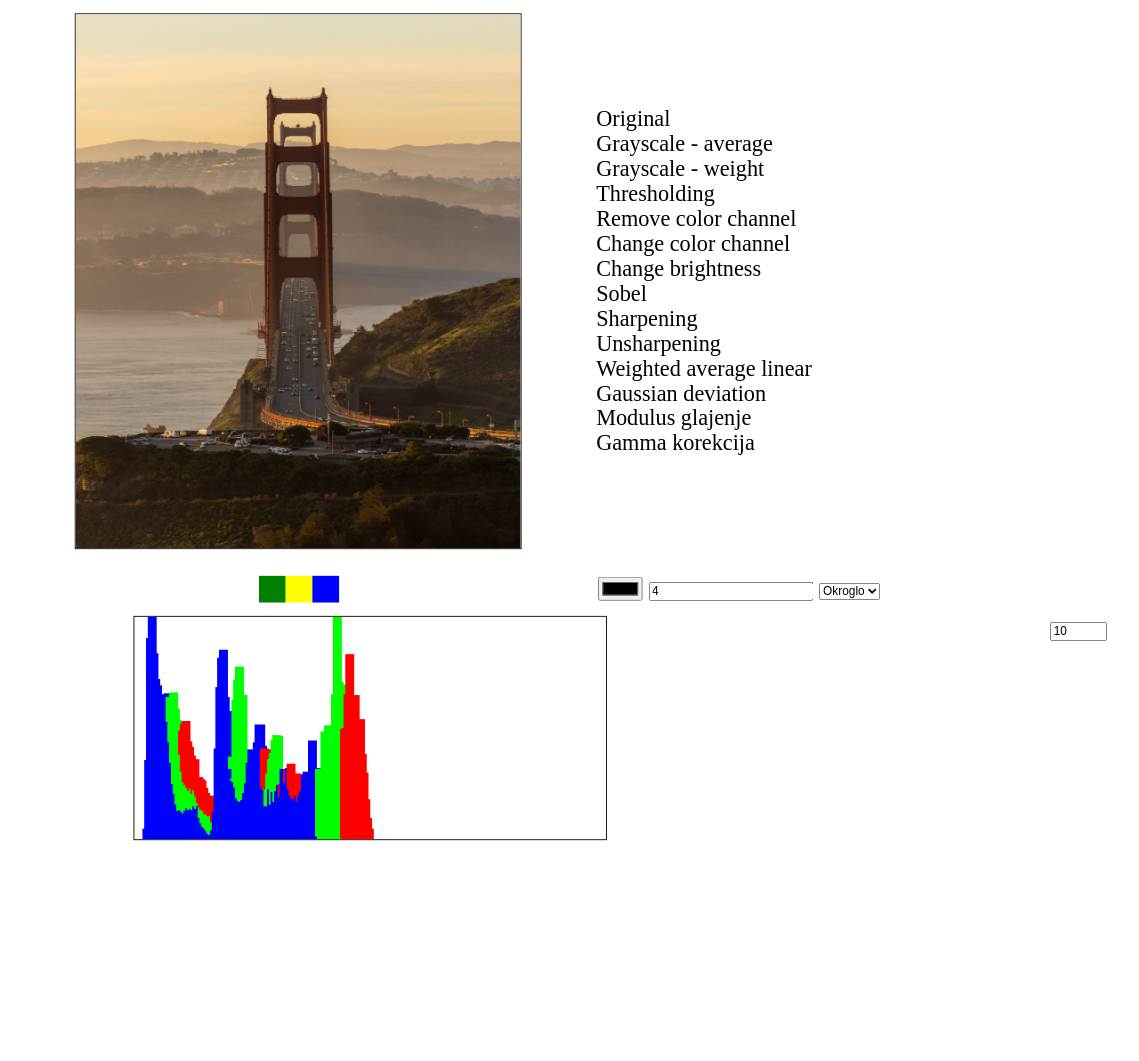
Repository: fussionko/web_photoshop
Page: index.html
The author's editor kept a copy of each file at every save. The page is drawn from the files as they stood at one save, then again after the next save.
The browser window is 1280 px wide. The pictures show the whole page, at 89% of full size.

Above is the page before, as saved 2022-04-28 13:15:07.

### index.html
<!doctype html>
<html lang="en">
    <head>
        <meta charset="utf-8">
        <meta name="viewport" content="width=device-width, initial-scale=1">

        <title>Slike</title>
        <link rel="stylesheet" href="style.css">
    </head>
    <body>
        <div id="container-main">
            <canvas id="main_canvas"></canvas>
            <div id="container-buttons"></div>
            <div id="container-controls"></div>
        </div>
        <div id="container-assist">
            <div id="container-history"><div id="history-back"></div><div id="history-fow"></div><div id="history-reset"></div></div>
            <div id="container-color">
                <input type="color" id="color" value="#000000">
                <input type="number" id="brush-size" step="1" value="4">
                <select id="cap-type">
                    <option value="butt">Butt</option>
                    <option value="round" selected>Okroglo</option>
                    <option value="square">Kvadrat</option>
                </select>
            </div>
        </div>
        <div id="container-histogram">
            <canvas id="main-graph"></canvas>
            <div id="container-graph-data">
                <input type="number" id="basket-num" step="1" max="255" min="1" value="10">
            </div>
        </div>
        <script src="filters.js"></script>
        <script src="draw.js"></script>
        <script src="history.js"></script>
        <script src="graph.js"></script>
        <script src="main.js"></script>
    </body>
</html>

### style.css
html {
    margin: 0;
    width: 100%;
    height: 100%;

    background-color: white !important;
}
body {
    margin: 0;

    display: grid;
    align-items: center;

    font-size: 25px;
    background-color: white !important;
    width: 100%;
    height: 100%;

}

#container-main, #container-assist, #container-historgram {
    margin: 15px 0;
}

#container-main {
    width: 100%;
    display: grid;
    grid-template-columns: auto auto 200px;
    align-items: center;
    justify-content: space-evenly;

}
canvas {

    border: 1px solid black;
}

.button-function {
    border: 1px solid black;
    padding: 5px;
    margin: 5px;;
}

#container-assist {
    display: grid;
    grid-template-columns: auto auto ;
    justify-content: space-evenly;
}

#container-history {
    display: flex;

}

#history-back, #history-fow, #history-reset {
    width: 30px;
    height: 30px;
}

#history-fow {
    background-color: yellow;
}

#history-back {
    background-color: green;
}

#history-reset {
    background-color: blue;
}

#container-histogram {
    display: grid;
    grid-template-columns: 1fr 100px;
    margin-left: 150px;
    margin-bottom: 100px;
    height: 500px;
}

### draw.js
function loadDraw()
{
    document.addEventListener('mousemove', draw);
    document.addEventListener('mousedown', function(e){
        setPosition(e);
        draw(e);
    });
    document.addEventListener('mouseenter', setPosition);
    document.addEventListener('mouseup', function(e){
        if(e.clientX > canvas_x_position + canvas_width || e.clientX < canvas_x_position) return;
        if(e.clientY > canvas_y_position + canvas_height || e.clientY < canvas_y_position) return;
        loadImage(getPixelData());
    });

    document.getElementById("color").addEventListener("change", function(){
        draw_color = this.value;
        console.log(draw_color);
    });

    document.getElementById("brush-size").addEventListener("change", function(){
        brush_size = parseInt(this.value);
        console.log(brush_size);
    });

    document.getElementById("cap-type").addEventListener("change", function(){
        cap_type = this.value;
        console.log(cap_type);
    });
}

let pos = {x:0, y:0}

function setPosition(e)
{
    pos.x = e.clientX - canvas_x_position;
    pos.y = e.clientY - canvas_y_position;
}

let draw_color = "#000000";
let brush_size = 4;
let cap_type = "round";
function draw(e)
{
    if (e.buttons !== 1) return;

    main_ctx.beginPath(); // begin

    main_ctx.lineWidth = brush_size;
    main_ctx.lineCap = cap_type;
    main_ctx.strokeStyle = draw_color;

    main_ctx.moveTo(pos.x, pos.y); // from
    setPosition(e);
    main_ctx.lineTo(pos.x, pos.y); // to

    main_ctx.stroke(); // draw it!


}

function delete_draw(e)
{
    if (e.buttons !== 1) return;

    main_ctx.beginPath(); // begin

    main_ctx.lineWidth = brush_size;
    main_ctx.lineCap = 'round';
    main_ctx.strokeStyle = draw_color;

    main_ctx.moveTo(pos.x, pos.y); // from
    setPosition(e);
    main_ctx.lineTo(pos.x, pos.y); // to

    main_ctx.stroke(); // draw it!
}

### history.js
function loadHistory()
{
    document.getElementById("history-back").addEventListener("click", function(){
        if(moveBackwardHistory() == -1) return;
        loadImageHistory();
    })

    document.getElementById("history-fow").addEventListener("click", function(){
        if(moveFowardHistory() == -1) return;
        loadImageHistory();
    })

    document.getElementById("history-reset").addEventListener("click", function(){
        let draw_image = new ImageData(canvas_width, canvas_height);
        draw_image.data.set(original_img_data);
        history = [draw_image.data];
        currentHistoryIndex = 1;
        current_filter_data["filter"] = "original";
        current_filter_data["index"] = 1;
        current_filter_data["data"] = draw_image.data;
        loadImageHistory();
    })
}

let history = [];
let currentHistoryIndex = 0;
function addToHistory(img_data)
{
    if(checkSame(img_data, history[history.length-1]) == 1) return;
    if(currentHistoryIndex != history.length)
        removeHistoryToIndex();

    history.push(img_data);
    currentHistoryIndex++;
}

function removeHistoryToIndex()
{
    history.splice(currentHistoryIndex, history.length-currentHistoryIndex)
}

function moveFowardHistory()
{
    if(currentHistoryIndex+1 > history.length) return -1;
    currentHistoryIndex++;
    return 1;
}

function moveBackwardHistory()
{
    if(currentHistoryIndex-1 <= 0) return -1;
    currentHistoryIndex--;
    return 1;
}

function getCurrentHistory()
{
    return history[currentHistoryIndex];
}

### graph.js

const graph_width = 530;
const graph_height = 250;

let main_graph;
let graph_ctx;

let normalization_value = 20;
let graph_offset = 10;


function initGraph()
{

    main_graph = document.getElementById("main-graph");
    graph_ctx = main_graph.getContext('2d');
    main_graph.width = graph_width;
    main_graph.height = graph_height;

    document.getElementById("basket-num").addEventListener("change", function(){
        basket_num = parseInt(this.value);
    });

    create_graph()
}

let basket_num = 10;
let basket_size = Math.round(255/basket_num);
const graph_template = {
    "r":{},
    "g":{},
    "b":{}
}
let graph = JSON.parse(JSON.stringify(graph_template));

function create_graph()
{
    // graph = JSON.parse(JSON.stringify(graph_template));
    // for(let i = 1; i <= basket_num; i++)
    // {
    //     graph["r"][basket_size*i] = 0;
    //     graph["g"][basket_size*i] = 0;
    //     graph["b"][basket_size*i] = 0;
    // }
    graph = JSON.parse(JSON.stringify(graph_template));
    for(let i = 0; i <= 255; i++)
    {
        graph["r"][i] = 0;
        graph["g"][i] = 0;
        graph["b"][i] = 0;
    }
}

function count_Pixel(img_data)
{
    let ranges = Object.keys(graph["r"]);
    console.log(ranges);
    // for(let i = 0; i < img_data.length; i+=4)
    // {
    //     for(const key in ranges)
    //         if(img_data[i] < parseInt(ranges[key]))
    //         {
    //             graph["r"][ranges[key]]++;
    //             break;
    //         }
    //     for(const key in ranges)
    //         if(img_data[i+1] < parseInt(ranges[key]))
    //         {
    //             graph["g"][ranges[key]]++;
    //             break;
    //         }
    //     for(const key in ranges)
    //         if(img_data[i+2] < parseInt(ranges[key]))
    //         {
    //             graph["b"][ranges[key]]++;
    //             break;
    //         }
    // }
    console.log(graph);
    for(let i = 0; i < img_data.length; i+=4)
    {

        graph["r"][ranges[img_data[i]]]++;
        graph["g"][ranges[img_data[i+1]]]++;
        graph["b"][ranges[img_data[i+2]]]++;
    }


    normalizeGraph();
    console.log(graph);
    draw_graph();
}

function normalizeGraph()
{
    console.log(normalization_value);
    for(const c in graph)
        for(const range in graph[c])
            graph[c][range] = Math.round(graph[c][range]/normalization_value);
}

function draw_graph()
{
    graph_ctx.lineWidth = 10;
    for(let range in graph["r"])
    {
        range = parseInt(range)*2;
        graph_ctx.beginPath();
        graph_ctx.moveTo(graph_offset+range, graph_height);
        graph_ctx.strokeStyle = "#FF0000";
        graph_ctx.lineTo(range+graph_offset, graph_height-graph["r"][range]);
        graph_ctx.stroke();
        graph_ctx.closePath();

        graph_ctx.beginPath();
        graph_ctx.moveTo(graph_offset+range, graph_height);
        graph_ctx.strokeStyle = "#00FF00";
        graph_ctx.lineTo(range+graph_offset, graph_height-graph["g"][range]);
        graph_ctx.stroke();
        graph_ctx.closePath();

        graph_ctx.beginPath();
        graph_ctx.moveTo(graph_offset+range, graph_height);
        graph_ctx.strokeStyle = "#0000FF";
        graph_ctx.lineTo(range+graph_offset, graph_height-graph["b"][range]);
        graph_ctx.stroke();
        graph_ctx.closePath();
    }


}

Loaded but not shown: main.js (433 lines, source omitted); filters.js (443 lines, source omitted)

After the next save:
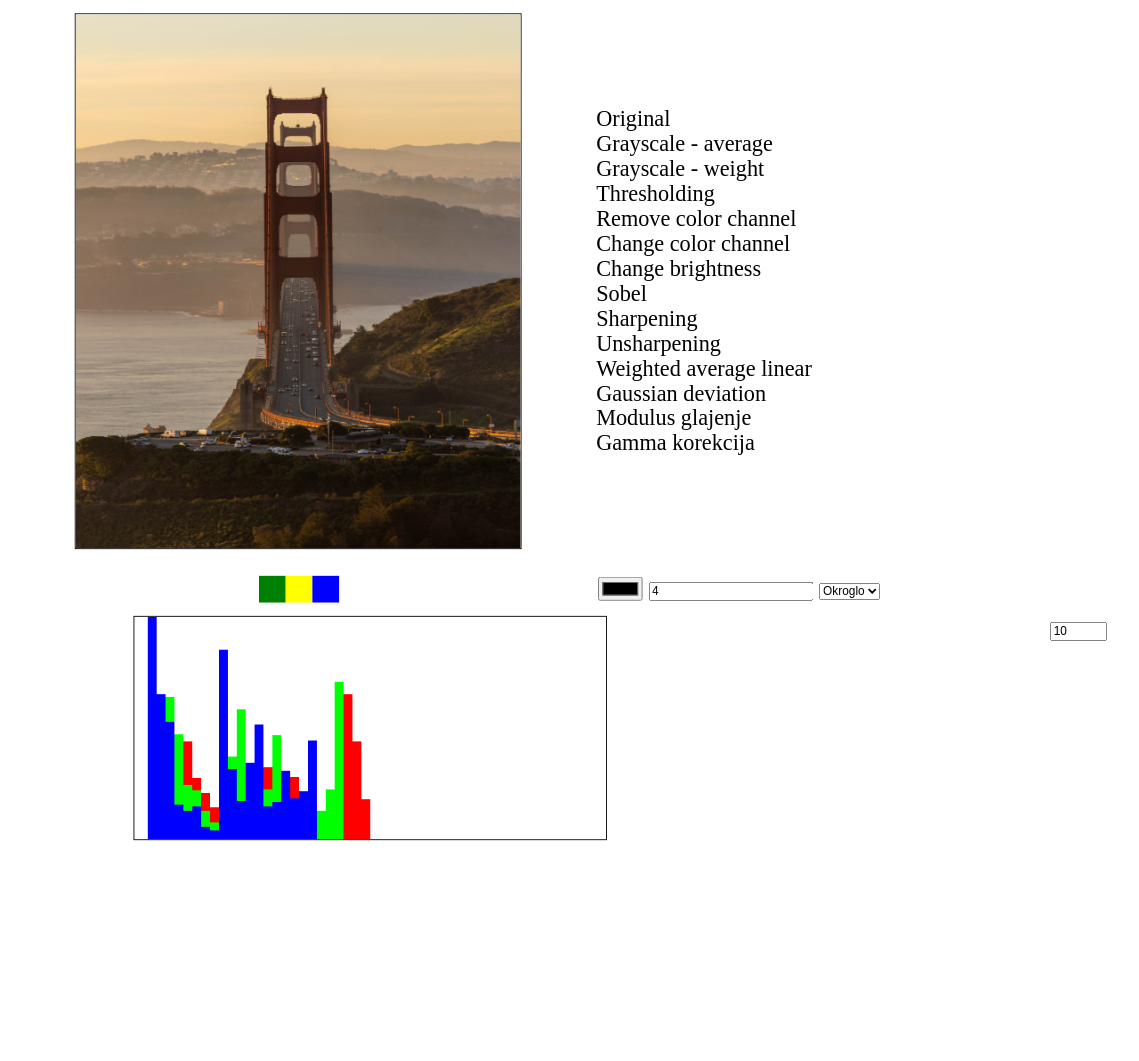
Saved 16 s later.
--- a/graph.js
+++ b/graph.js
@@ -104,7 +104,7 @@ function draw_graph()
     graph_ctx.lineWidth = 10;
     for(let range in graph["r"])
     {
-        range = parseInt(range)*2;
+        range = parseInt(range)*graph_offset;
         graph_ctx.beginPath();
         graph_ctx.moveTo(graph_offset+range, graph_height);
         graph_ctx.strokeStyle = "#FF0000";
